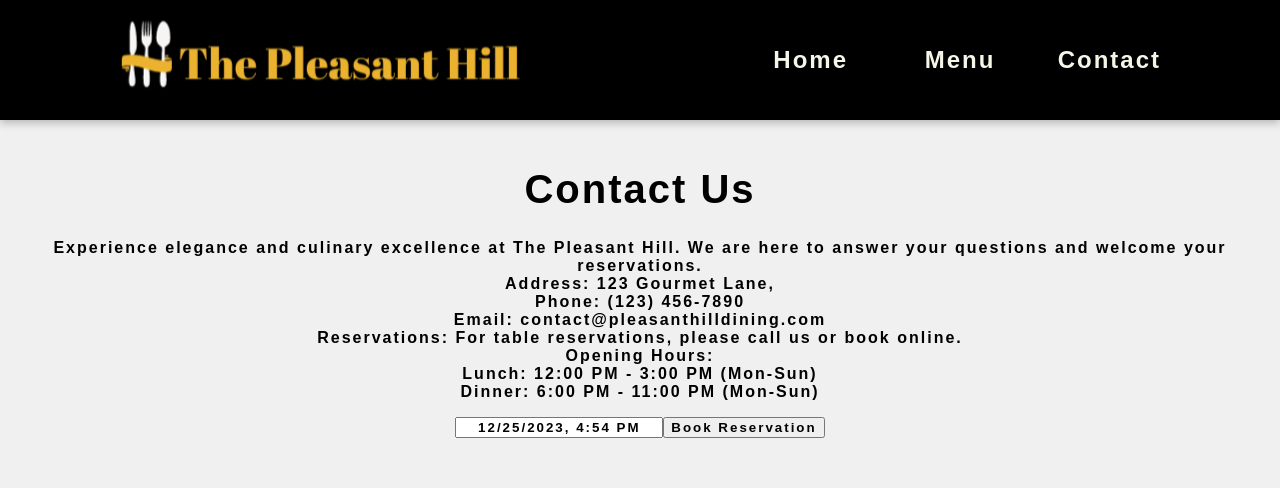
Repository: shayanabedi98/pleasant-hill-restaurant
Page: /, after clicking the first element matching `ul > :nth-child(3)`
These files come from the project's save history. The page is drawn as it stood at one moment and after the next save; the edit follows.
The browser window is 1280 px wide. The pictures show the part of the page from y = 0 to 488 px (the page is 1010 px tall).
Pictures or frames that could not be fetched are drawn as grey boxes. Some web fonts or font styles are not loaded; a fallback is used. The project was rebuilt for these pictures with package versions that can differ from the ones it lists, and the page was loaded fresh each time. Also part of the build but not shown: vite.config.js, src/components/MenuList.jsx, src/components/Appetizers.jsx, src/components/Entrees.jsx, src/components/Desserts.jsx, src/components/Drinks.jsx, src/components/Menu.jsx, src/index.css.

Above is the page before, as saved 2024-01-08 16:09:51.

After the next save:
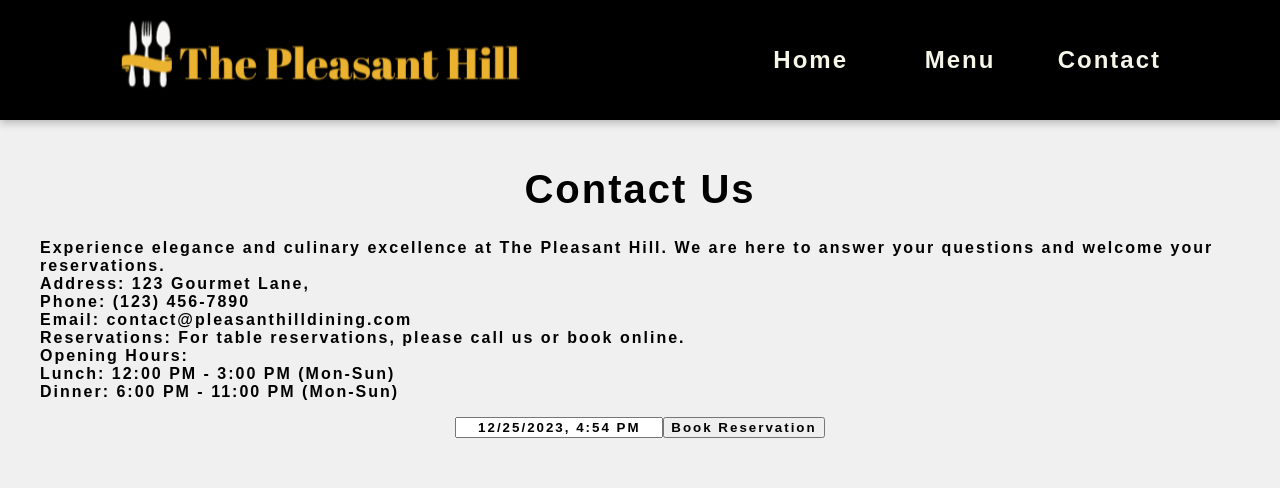
Saved 14 s later.
--- a/src/App.css
+++ b/src/App.css
@@ -202,6 +202,10 @@ body {
   font-size: 40px;
 }
 
+.contact p {
+  text-align: start;
+}
+
 /* Style the calendar container */
 .react-datepicker {
   border: none;
